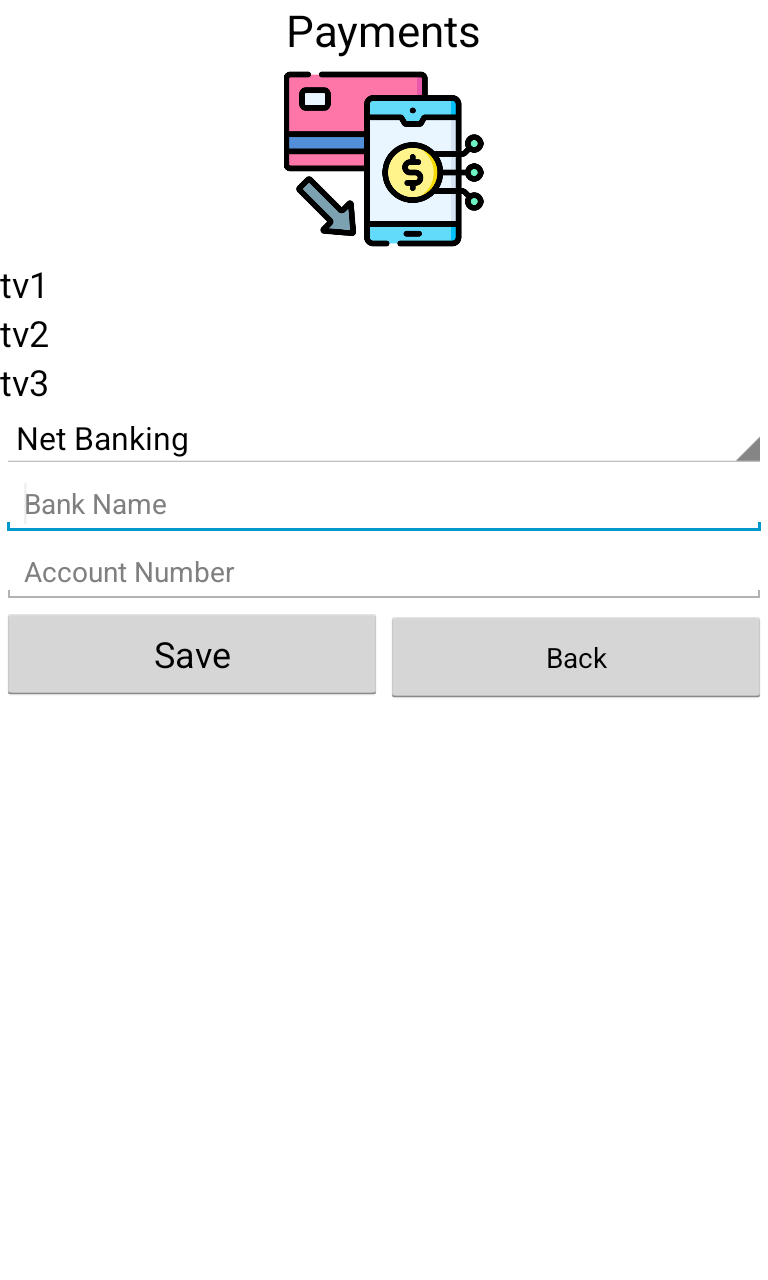
Repository: GowthamS18/Stiching_App
Layout: StitchingAndro/res/layout/payments.xml
The author's editor kept a copy of each file at every save. The layout is drawn from the files as they stood at one save, then again after the next save.
It is drawn on a 768 x 1280 px phone screen (xhdpi) without system bars, with theme AppBaseTheme; the app's code is not run.

Above is the layout before, as saved 2024-03-16 02:23:22.

### StitchingAndro/res/layout/payments.xml

<LinearLayout xmlns:android="http://schemas.android.com/apk/res/android"
    android:layout_width="match_parent"
    android:layout_height="match_parent"
    android:layout_marginLeft="5dp"
    android:layout_marginRight="5dp"
    android:orientation="vertical" >

    <!-- Child linear layout with horizontal orientation -->

    <TextView
        android:id="@+id/heading"
        android:layout_width="wrap_content"
        android:layout_height="wrap_content"
        android:layout_gravity="center"
        android:text="Payments"
        android:textAppearance="?android:attr/textAppearanceLarge" />

    <ImageView
        android:id="@+id/imageView1"
        android:layout_width="wrap_content"
        android:layout_height="100dip"
        android:layout_gravity="center"
        android:src="@drawable/payments" />

<TextView
    android:id="@+id/tv1"
    android:layout_width="match_parent"
    android:layout_height="wrap_content"
    android:text="tv1"
    android:textAppearance="?android:attr/textAppearanceMedium" />

<TextView
    android:id="@+id/tv2"
    android:layout_width="match_parent"
    android:layout_height="wrap_content"
    android:text="tv2"
    android:textAppearance="?android:attr/textAppearanceMedium" />

<TextView
    android:id="@+id/tv3"
    android:layout_width="match_parent"
    android:layout_height="wrap_content"
    android:text="tv3"
    android:textAppearance="?android:attr/textAppearanceMedium" />

	<Spinner
                android:id="@+id/spinner1"
                android:layout_width="match_parent"
                android:layout_height="wrap_content"
                android:ems="15"
                 android:textColor="@color/white"
                 android:entries="@array/paymentmode"
				/>

	<EditText
	    android:id="@+id/ed1"
	    android:layout_width="match_parent"
	    android:layout_height="wrap_content"
	    android:ems="10"
	    android:hint="Bank Name"
	    android:textSize="14sp" >
    	<requestFocus />
	</EditText>

	<EditText
	    android:id="@+id/ed2"
	    android:layout_width="match_parent"
	    android:layout_height="wrap_content"
	    android:ems="10"
	    android:hint="Account Number"
	    android:textSize="14sp" >
	</EditText>


<LinearLayout
    android:layout_width="match_parent"
    android:layout_height="wrap_content" >
    <Button
        android:id="@+id/button1"
        android:layout_width="match_parent"
        android:layout_height="wrap_content"
        android:onClick="AddtoCart"
        android:layout_weight="1"
        android:text="Save" />

    <Button
        android:id="@+id/button2"
        style="?android:attr/buttonStyleSmall"
        android:layout_width="match_parent"
         android:onClick="back"
        android:layout_height="wrap_content"
         android:layout_weight="1"
        android:text="Back" />

</LinearLayout>

</LinearLayout>

### StitchingAndro/res/values/colors.xml
<?xml version="1.0" encoding="utf-8"?>
<resources>
    <color name="white">#ffffff</color>
    <color name="bg_gradient_start">#31244e</color>
    <color name="bg_gradient_end">#6b394c</color>
    <color name="black">#111111</color>
    <color name="red">#E10625</color>
    <color name="lightred">#ff5235</color>
     <color name="green">#21AF05</color>
      <color name="blue">#bee4ec</color>
       <color name="gray">#DCDCDC</color>


</resources>

### StitchingAndro/res/values/strings.xml
<?xml version="1.0" encoding="utf-8"?>
<resources>

    <string name="app_name">Thread Express</string>
    <string name="action_settings">Settings</string>
    <string name="hello_world">Hello world!</string>
    <string name="title_activity_home">Home</string>
    <string name="title_activity_home_page">HomePage</string>
    <string name="title_activity_edit_profile">Add to Cart</string>
    <string name="title_activity_test">Test</string>
    <string name="title_activity_request">RequestActivity</string>
    <string name="planet_prompt">Choose a planet</string>

    <string-array name="cat">
        <item>Mens </item>
        <item>Womens</item>
        <item>Kids </item>
        <item>All </item>
    </string-array>
    <string-array name="designCat">
        <item>Shirt </item>
        <item>Pant</item>
        <item>Suits </item>
        <item>Kurtha </item>
        <item>Chudithar </item>
        <item>Blouse </item>
        <item>Alteration </item>
    </string-array>
    <string-array name="district">
        <item>Ariyalur</item>
        <item>Chengalpattu</item>
        <item>Chennai</item>
        <item>Coimbatore</item>
        <item>Cuddalore</item>
        <item>Dharmapuri</item>
        <item>Dindigul</item>
        <item>Erode</item>
        <item>Kallakurichi</item>
        <item>Kancheepuram</item>
        <item>Karur</item>
        <item>Krishnagiri</item>
        <item>Madurai</item>
        <item>Mayiladuthurai</item>
    </string-array>
    <string-array name="location">
        <item>Pollachi </item>
        <item>Kinathukadavu</item>
        <item>Echanari</item>
        <item>Thudiyalur</item>
        <item>Saravanampatti</item>
        <item>Annur </item>
        <item>Mettupalayam </item>
    </string-array>
    <string-array name="gender">
        <item>Male</item>
        <item>Female</item>
        <item>TG</item>
    </string-array>

      <string-array name="paymentmode">
        <item>Net Banking</item>
        <item>UPI</item>
        <item>Card Payment</item>
         <item>Cash On Delivery</item>
    </string-array>


    <string name="title_activity_selection">Selection</string>
    <string name="title_activity_ratings">Ratings</string>
    <string name="title_activity_login_select">Thread Express</string>
    <string name="title_activity_stu_login">Login</string>
    <string name="title_activity_stu_register">Register</string>
    <string name="title_activity_stu_home">Home</string>
    <string name="title_activity_check_out">CheckOut</string>
    <string name="title_activity_view_single_prod">ViewSingleProd</string>
    <string name="title_activity_vendor_registration">VendorRegistration</string>
    <string name="title_activity_vendor_login">VendorLogin</string>
    <string name="title_activity_vendor_home">VendorHome</string>
    <string name="title_activity_view_orders">ViewOrders</string>
    <string name="title_activity_view_measurements">ViewMeasurements</string>
    <string name="title_activity_view_payments">ViewPayments</string>
    <string name="title_activity_update_status">UpdateStatus</string>
    <string name="title_activity_add_measurement">AddMeasurement</string>
    <string name="title_activity_my_orders">MyOrders</string>
    <string name="title_activity_cust_view_measurements">CustViewMeasurements</string>
    <string name="title_activity_user_home">UserHome</string>
    <string name="title_activity_payments">Payments</string>
    <string name="title_activity_view_status">ViewStatus</string>

</resources>

Loaded but not shown: StitchingAndro/res/values-v11/styles.xml (common file); StitchingAndro/res/values-v14/styles.xml (common file); StitchingAndro/res/values/styles.xml (common file)

After the next save:
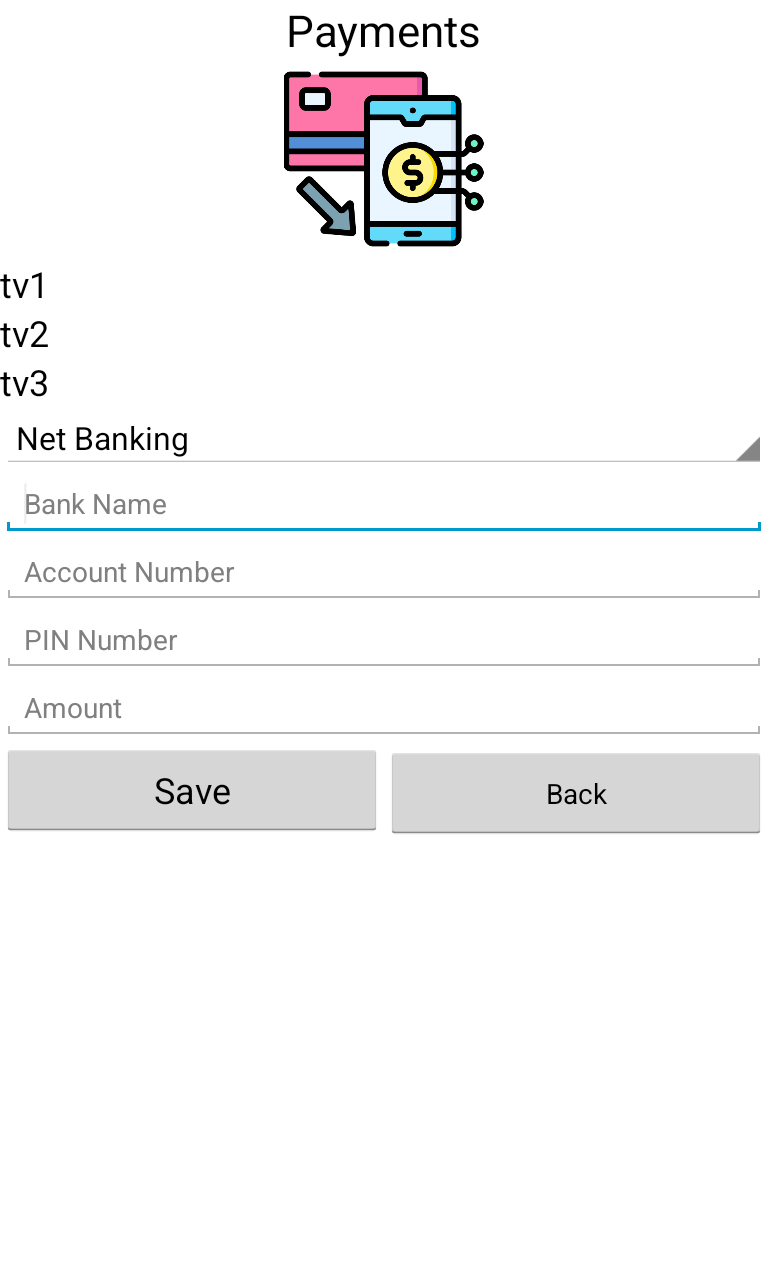
Saved 32 s later.
--- a/StitchingAndro/res/layout/payments.xml
+++ b/StitchingAndro/res/layout/payments.xml
@@ -72,6 +72,22 @@
 	    android:textSize="14sp" >
 	</EditText>
 
+		<EditText
+	    android:id="@+id/ed2"
+	    android:layout_width="match_parent"
+	    android:layout_height="wrap_content"
+	    android:ems="10"
+	    android:hint="PIN Number"
+	    android:textSize="14sp" >
+	</EditText>
+		<EditText
+	    android:id="@+id/ed2"
+	    android:layout_width="match_parent"
+	    android:layout_height="wrap_content"
+	    android:ems="10"
+	    android:hint="Amount"
+	    android:textSize="14sp" >
+	</EditText>
 
 <LinearLayout
     android:layout_width="match_parent"
